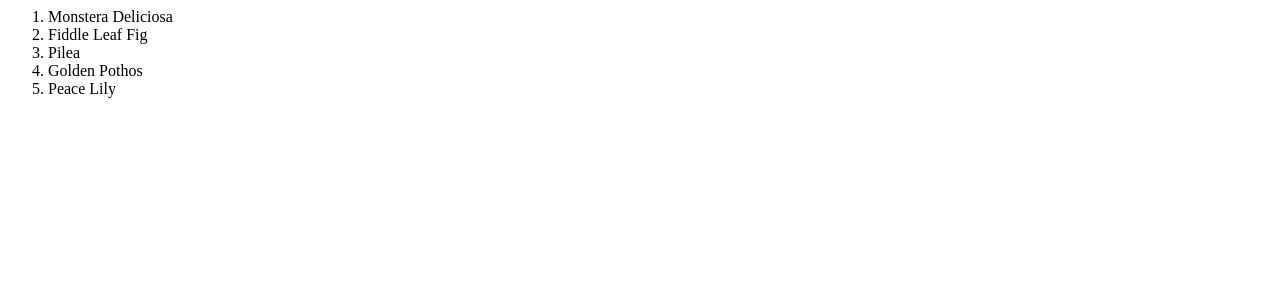
Repository: yusufmim/react-hooks-props-basics-lab
Page: my_list.html
An editor plug-in stored every save of this project. The page is shown before and after the next save, followed by the edit.
The browser window is 1280 px wide. The pictures show the whole page.

Above is the page before, as saved 2025-02-24 07:15:36.

After the next save:
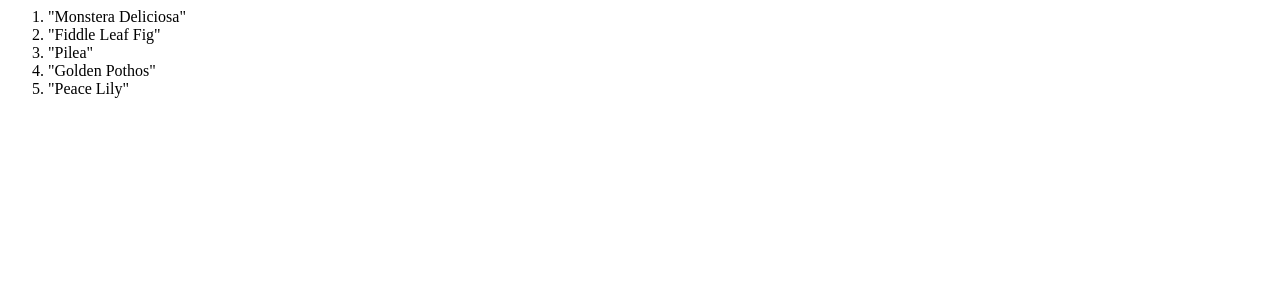
Saved 2 min 50 s later.
--- a/my_list.html
+++ b/my_list.html
@@ -1,8 +1,8 @@
 
 <ol>
-    <li>Monstera Deliciosa</li>
-    <li>Fiddle Leaf Fig</li>
-    <li>Pilea</li>
-    <li>Golden Pothos</li>
-    <li>Peace Lily</li>
+    <li>"Monstera Deliciosa"</li>
+    <li>"Fiddle Leaf Fig"</li>
+    <li>"Pilea"</li>
+    <li>"Golden Pothos"</li>
+    <li>"Peace Lily"</li>
 </ol>
